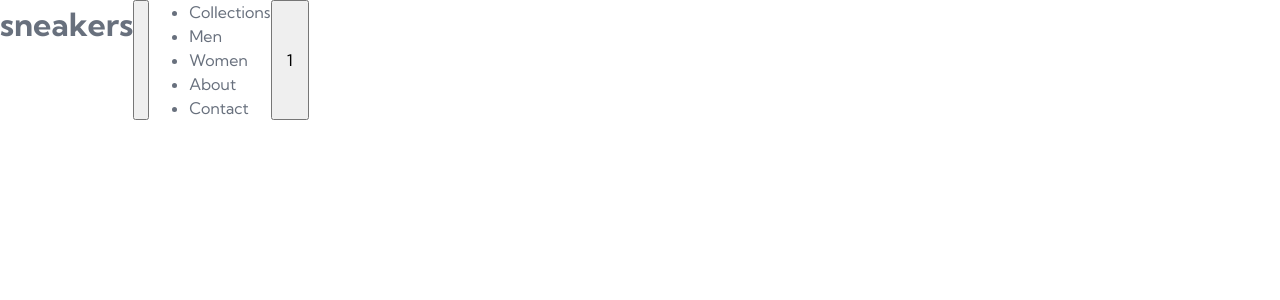
Repository: NikitaVologdin/React-Commerce-Product-Page
Page: /
These files come from the project's save history. The page is drawn as it stood at one moment and after the next save; the edit follows.
The browser window is 1280 px wide. The pictures show the whole page.
The project was rebuilt for these pictures with package versions that can differ from the ones it lists, and the page was loaded fresh each time. Also part of the build but not shown: vite.config.ts.

Above is the page before, as saved 2024-11-07 17:21:08.

After the next save:
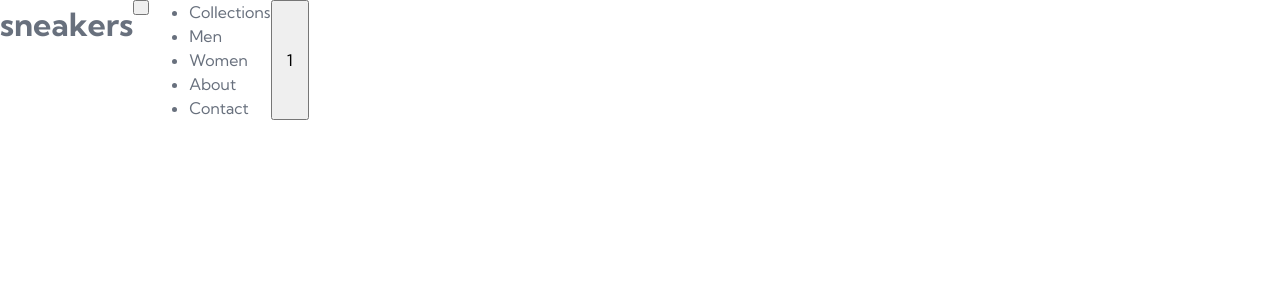
Saved 46 s later.
--- a/src/index.css
+++ b/src/index.css
@@ -27,3 +27,8 @@
 .header {
   display: flex;
 }
+
+.hamburger {
+  width: 16px;
+  height: 15px;
+}
